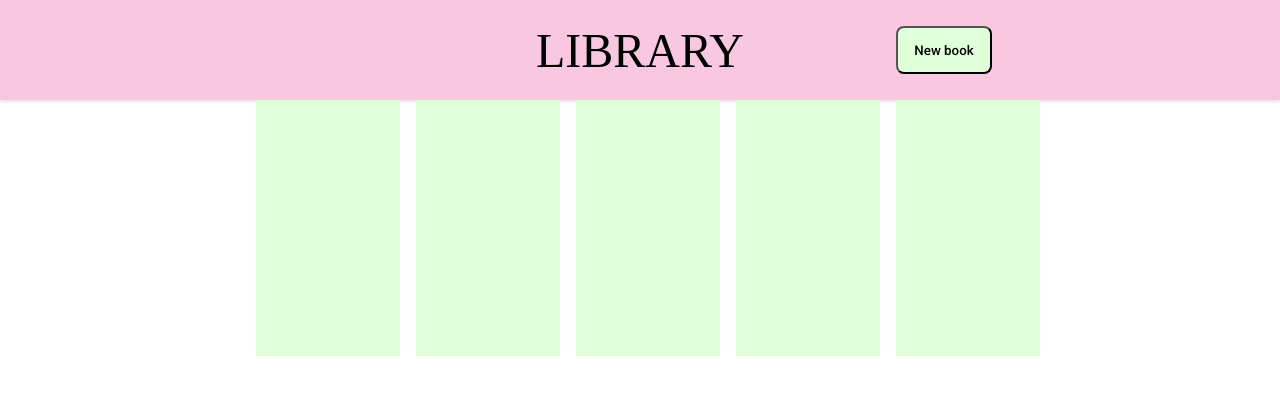
Repository: yeetzpxoci/library
Page: index.html
An editor plug-in stored every save of this project. The page is shown before and after the next save, followed by the edit.
The browser window is 1280 px wide. The pictures show the whole page.
Some web fonts or font styles are not loaded; a fallback is used.

Above is the page before, as saved 2023-02-21 15:02:28.

After the next save:
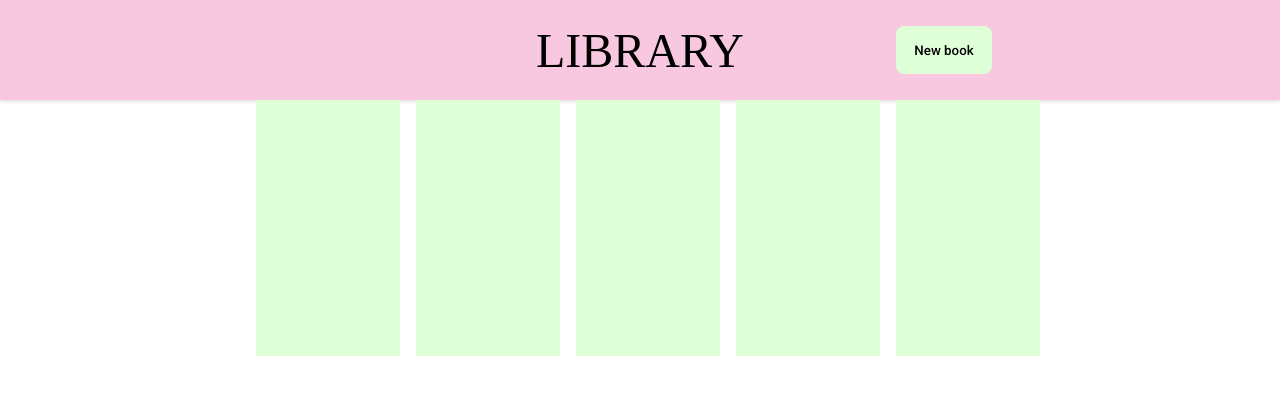
Saved 4 s later.
--- a/styles.css
+++ b/styles.css
@@ -31,6 +31,7 @@ body {
     height: 48px;
     width: 96px;
     border-radius: 8px;
+    border-width: 0px;
 }
 
 #cards {
